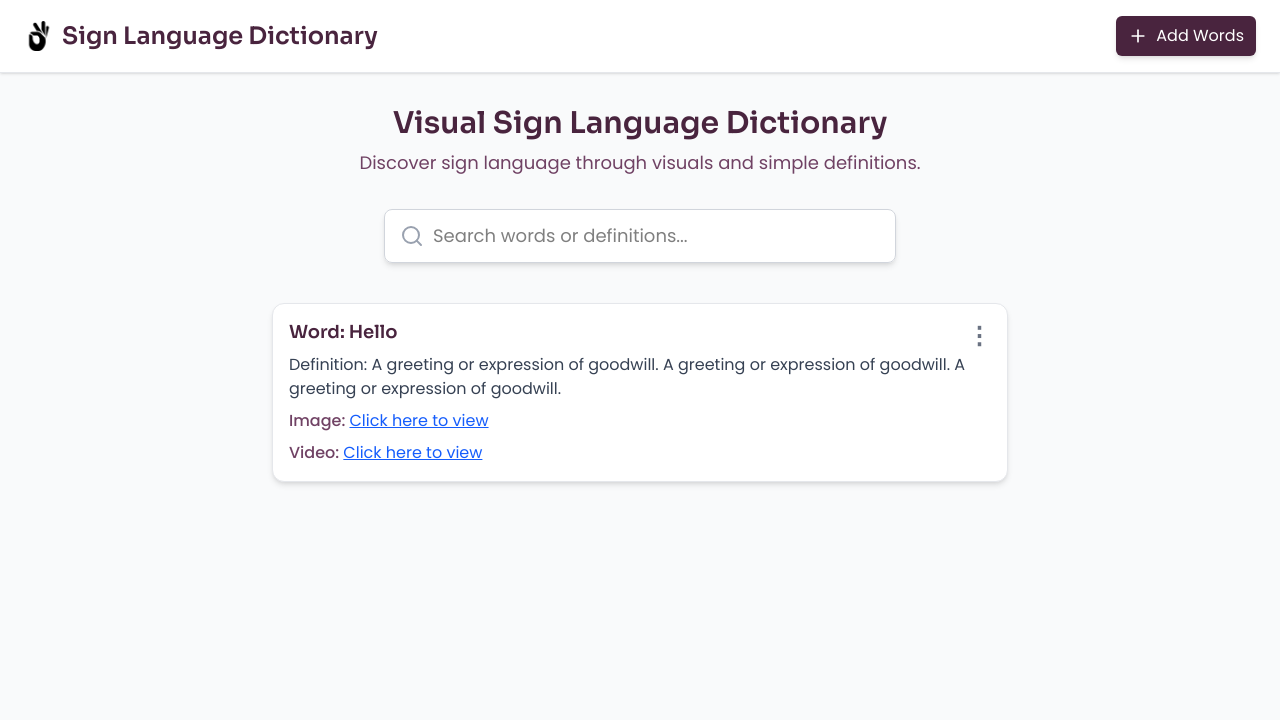
Repository: jabir12-12/sign-setu
Page: /
The author's editor kept a copy of each file at every save. The page is drawn from the files as they stood at one save, then again after the next save.
The browser window is 1280 px wide. The pictures show the whole page.
The project was rebuilt for these pictures with package versions that can differ from the ones it lists, and the page was loaded fresh each time. The framework's server and built-in components were replaced by stand-ins that run in the browser. Also part of the build but not shown: next.config.ts.

Above is the page before, as saved 2025-05-27 17:30:12.

After the next save:
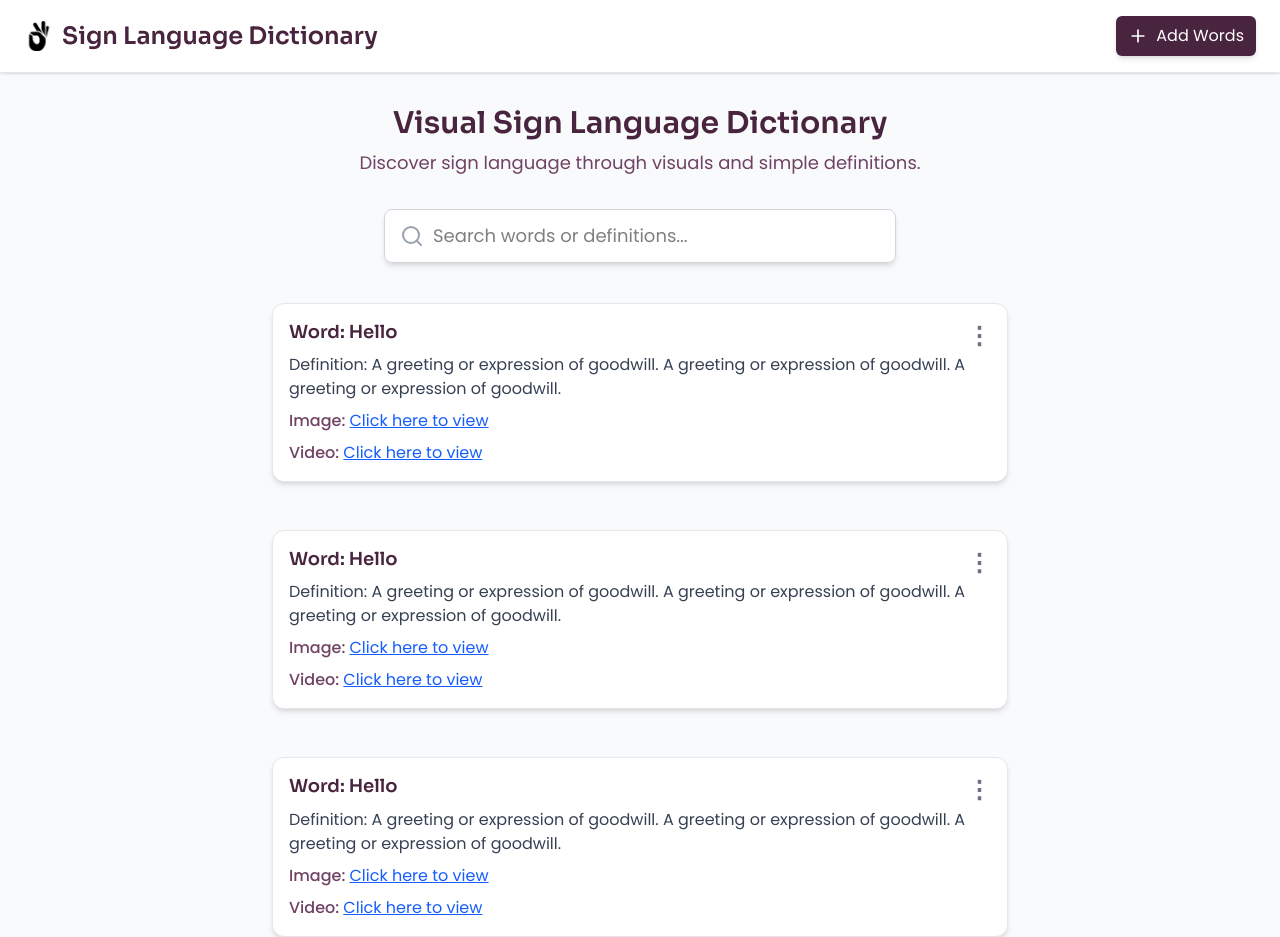
Saved 15 s later.
--- a/app/page.tsx
+++ b/app/page.tsx
@@ -65,6 +65,78 @@ export default function StockDashboard() {
         {/* Display Section */}
         <div className="mt-10 px-4 max-w-3xl mx-auto space-y-6 flex flex-wrap justify-center gap-6">
           {/* Example card */}
+          <div className="relative bg-white rounded-xl shadow-md p-4 border border-gray-200 hover:shadow-lg transition duration-200">
+            {/* 3 Dots Menu */}
+            <div className="absolute top-4 right-4 cursor-pointer text-gray-500 hover:text-gray-700">
+              <span className="text-2xl font-bold">⋮</span>
+            </div>
+
+            <h3 className="text-xl font-semibold text-[#49243E] mb-2">Word: Hello</h3>
+            <p className="text-gray-700 mb-2">Definition: A greeting or expression of goodwill.
+              A greeting or expression of goodwill.
+              A greeting or expression of goodwill.
+            </p>
+
+            <div className="mb-2">
+              <span className="font-medium text-[#704264]">Image: </span>
+              <a
+                href="https://example.com/image.jpg"
+                target="_blank"
+                rel="noopener noreferrer"
+                className="text-blue-600 underline"
+              >
+                Click here to view
+              </a>
+            </div>
+
+            <div>
+              <span className="font-medium text-[#704264]">Video: </span>
+              <a
+                href="https://example.com/video.mp4"
+                target="_blank"
+                rel="noopener noreferrer"
+                className="text-blue-600 underline"
+              >
+                Click here to view
+              </a>
+            </div>
+          </div>
+          <div className="relative bg-white rounded-xl shadow-md p-4 border border-gray-200 hover:shadow-lg transition duration-200">
+            {/* 3 Dots Menu */}
+            <div className="absolute top-4 right-4 cursor-pointer text-gray-500 hover:text-gray-700">
+              <span className="text-2xl font-bold">⋮</span>
+            </div>
+
+            <h3 className="text-xl font-semibold text-[#49243E] mb-2">Word: Hello</h3>
+            <p className="text-gray-700 mb-2">Definition: A greeting or expression of goodwill.
+              A greeting or expression of goodwill.
+              A greeting or expression of goodwill.
+            </p>
+
+            <div className="mb-2">
+              <span className="font-medium text-[#704264]">Image: </span>
+              <a
+                href="https://example.com/image.jpg"
+                target="_blank"
+                rel="noopener noreferrer"
+                className="text-blue-600 underline"
+              >
+                Click here to view
+              </a>
+            </div>
+
+            <div>
+              <span className="font-medium text-[#704264]">Video: </span>
+              <a
+                href="https://example.com/video.mp4"
+                target="_blank"
+                rel="noopener noreferrer"
+                className="text-blue-600 underline"
+              >
+                Click here to view
+              </a>
+            </div>
+          </div>
           <div className="relative bg-white rounded-xl shadow-md p-4 border border-gray-200 hover:shadow-lg transition duration-200">
             {/* 3 Dots Menu */}
             <div className="absolute top-4 right-4 cursor-pointer text-gray-500 hover:text-gray-700">
